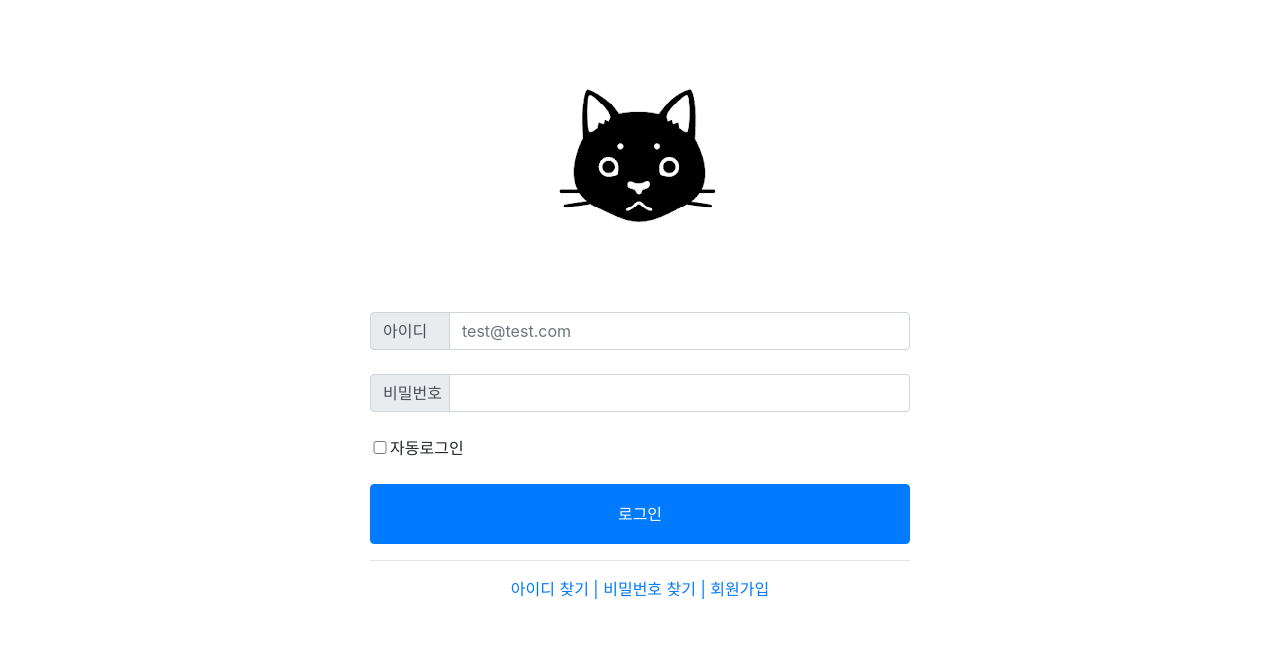
Repository: 0deepsleep/SpringMVCStudy
Page: http://localhost/TestProject/Login.jsp
The author's editor kept a copy of each file at every save. The page is drawn from the files as they stood at one save, then again after the next save.
The browser window is 1280 px wide. The pictures show the whole page.
The page is served by Tomcat 9.

Above is the page before, as saved 2019-06-14 09:48:55.

After the next save:
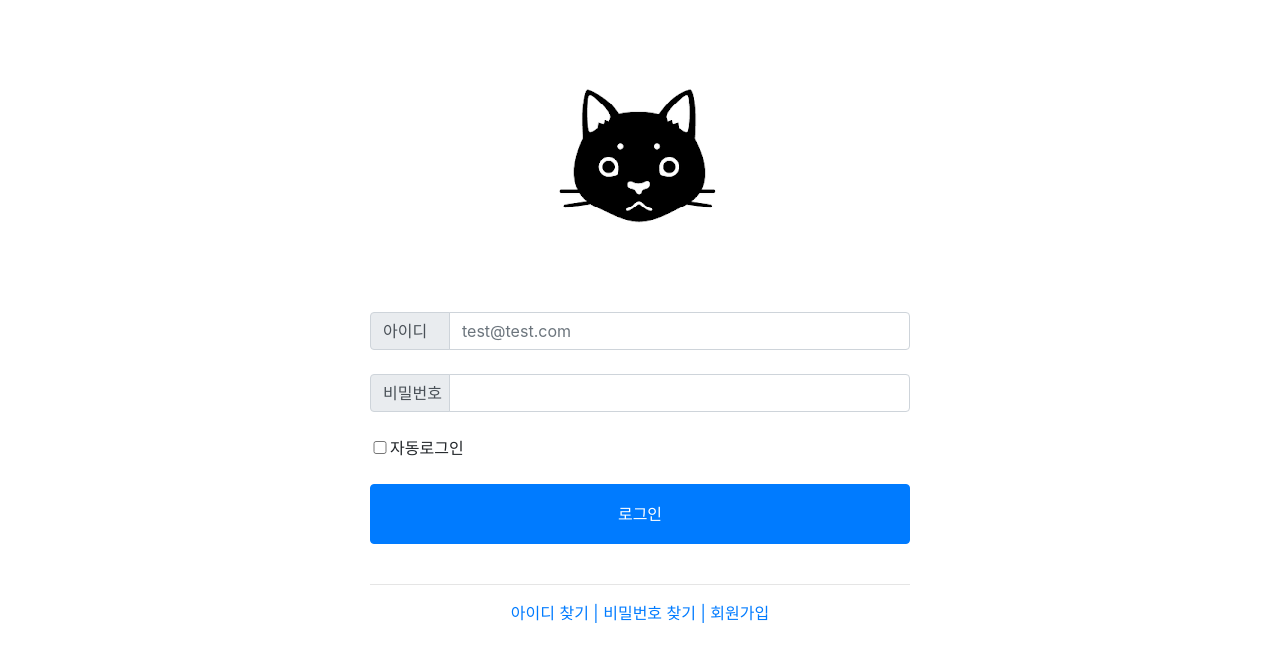
Saved 30 s later.
--- a/TestProject/WebContent/Login.jsp
+++ b/TestProject/WebContent/Login.jsp
@@ -105,7 +105,9 @@
 		<br><input type="checkbox" style="width: 20px;">자동로그인
 
 		<br><br>
+		<div class="input-group-prepend">
 		<button type="button" id="btn" name="btn" class="btn-primary btn">로그인</button>
+		</div>
 
 		<br><hr />
 
